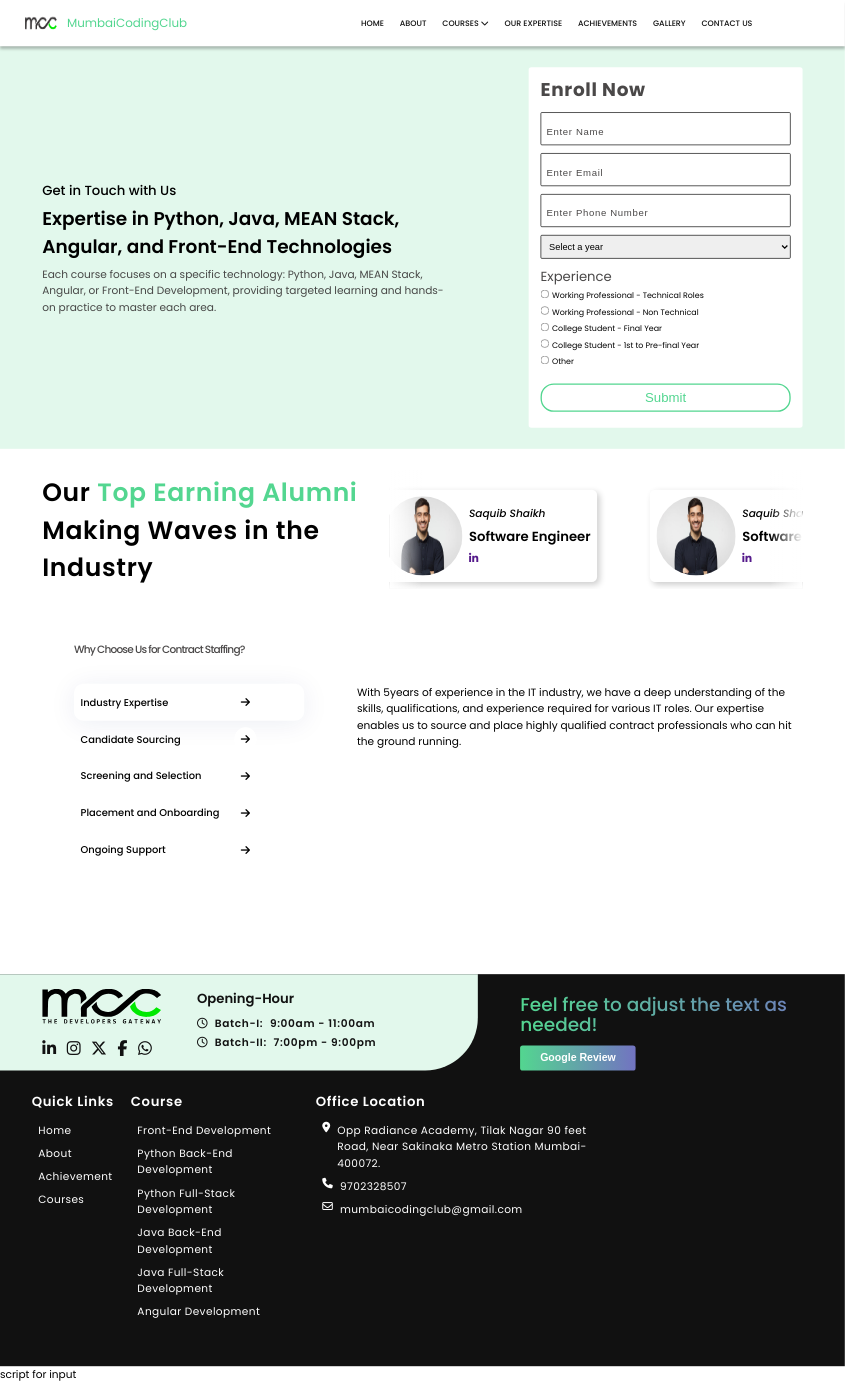
Repository: msmsa2001/mcc-theme
Page: contact.html
An editor plug-in stored every save of this project. The page is shown before and after the next save, followed by the edit.
The browser window is 1280 px wide. The pictures show the whole page, at 66% of full size.
Pictures or frames that could not be fetched are drawn as grey boxes.

Above is the page before, as saved 2024-07-26 03:28:37.
Console error: TypeError: Cannot read properties of null (reading 'querySelector')

After the next save:
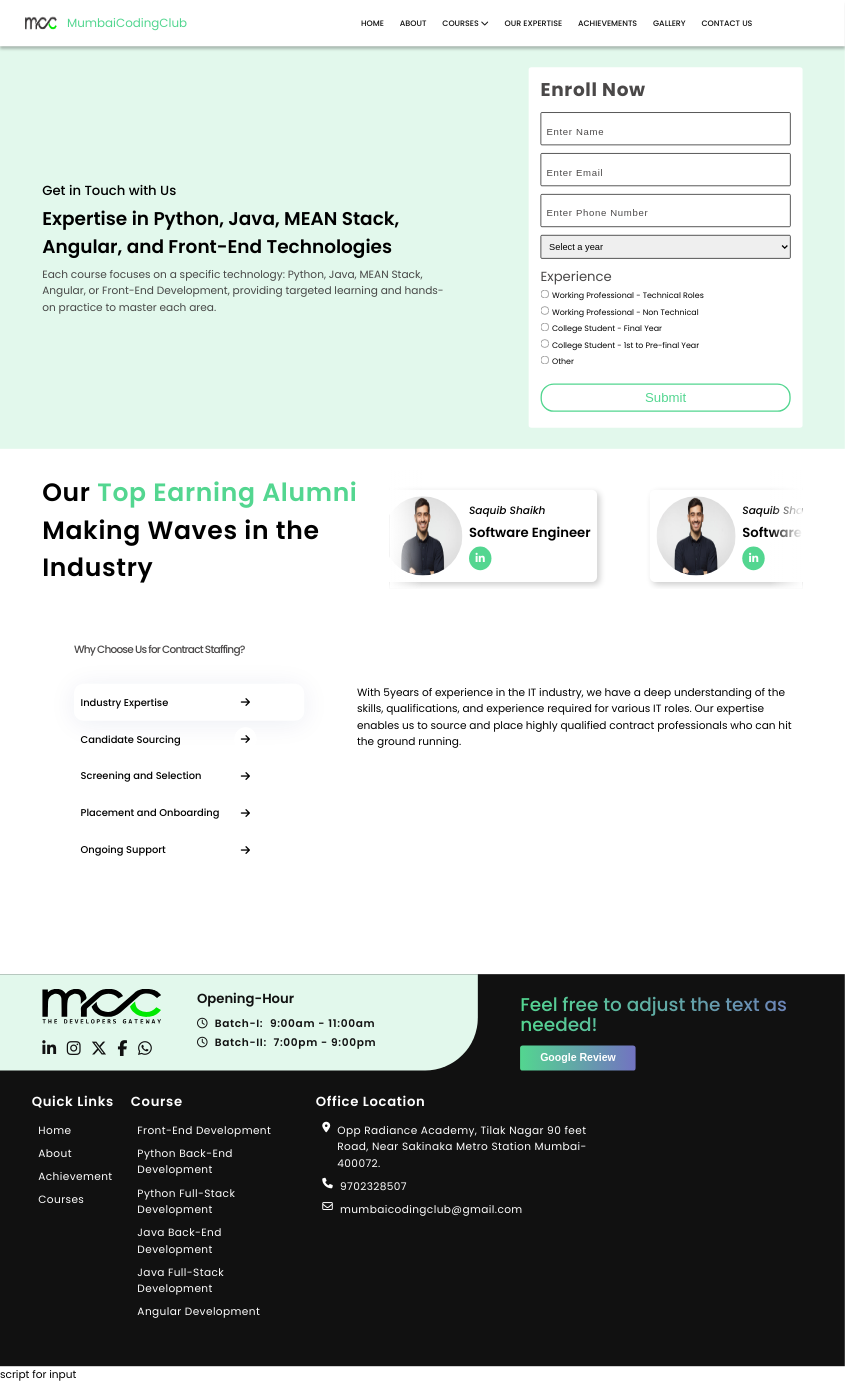
Saved 43 s later.
--- a/contact.css
+++ b/contact.css
@@ -156,6 +156,12 @@ font-weight: 600;
     font-size: var(--font-size1);
     font-weight: 600;
 }
+.logos .logos-slide .card1 .content a i{
+    color: #fff;
+    background: var(--text-color);
+    padding: 10px;
+    border-radius: 50%;
+}
 .logos:before,
 .logos:after {
     position: absolute;
